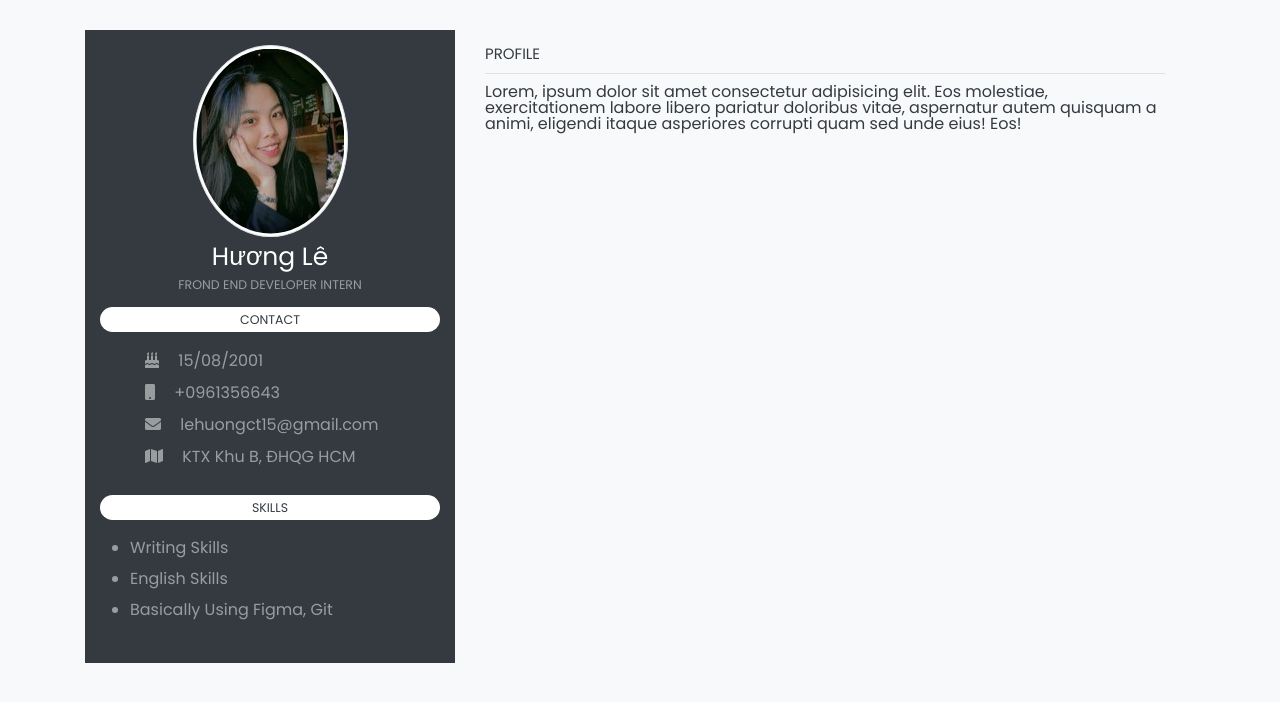
Repository: huongle158/cvhuongle
Page: index.html
The author's editor kept a copy of each file at every save. The page is drawn from the files as they stood at one save, then again after the next save.
The browser window is 1280 px wide. The pictures show the whole page.
Some web libraries are served in a nearby version.

Above is the page before, as saved 2021-12-12 23:40:24.

After the next save:
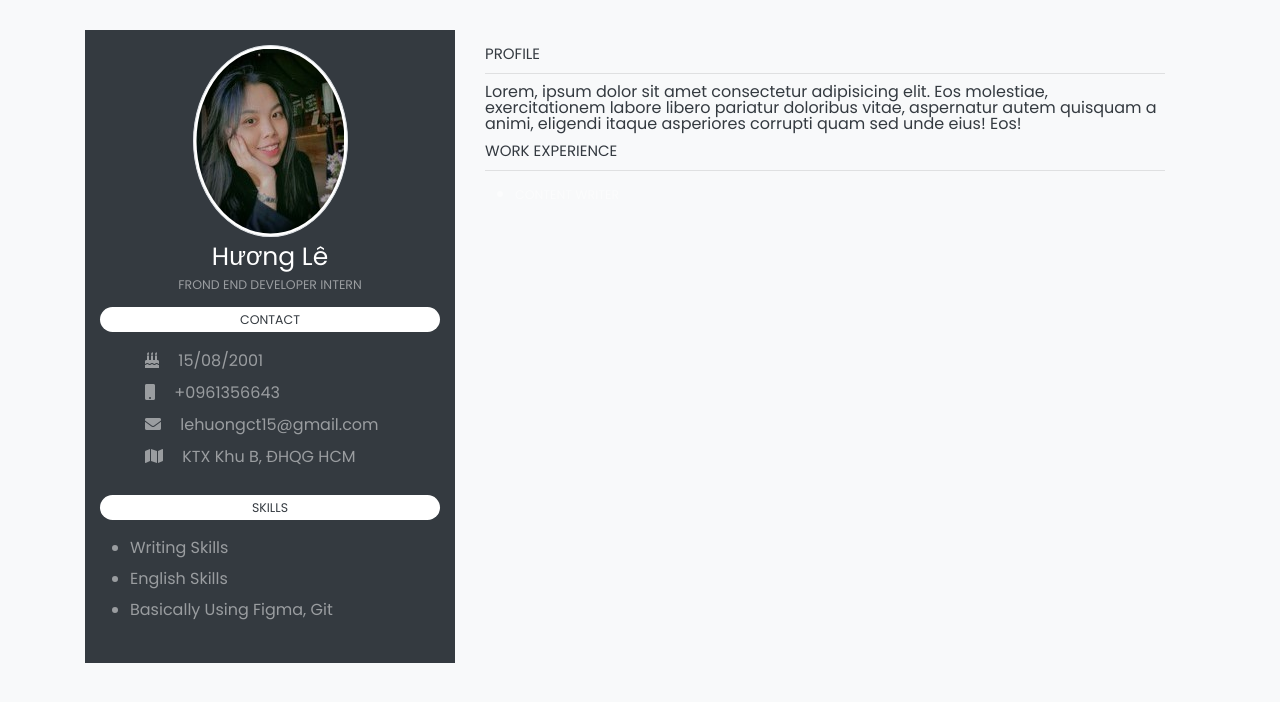
Saved 2 min 45 s later.
--- a/index.html
+++ b/index.html
@@ -80,6 +80,17 @@
                 <p>Lorem, ipsum dolor sit amet consectetur adipisicing elit. Eos molestiae, exercitationem labore libero pariatur doloribus vitae, aspernatur autem quisquam a animi, eligendi itaque asperiores corrupti quam sed unde eius! Eos!</p>
 
             </div>
+            <div>
+                <h4 class="text-uppercase">Work Experience</h4>
+                <hr>
+                <ul class="list text-white-50 ml-5 py-2 text-left text-capitalize">
+                <li class="list-item mb-4">
+                    <h5 class="display-6 text-uppercase">Content Writer</h5>
+                </li>
+
+              </ul>
+
+            </div>
         </div>
       </div>
     </div>
